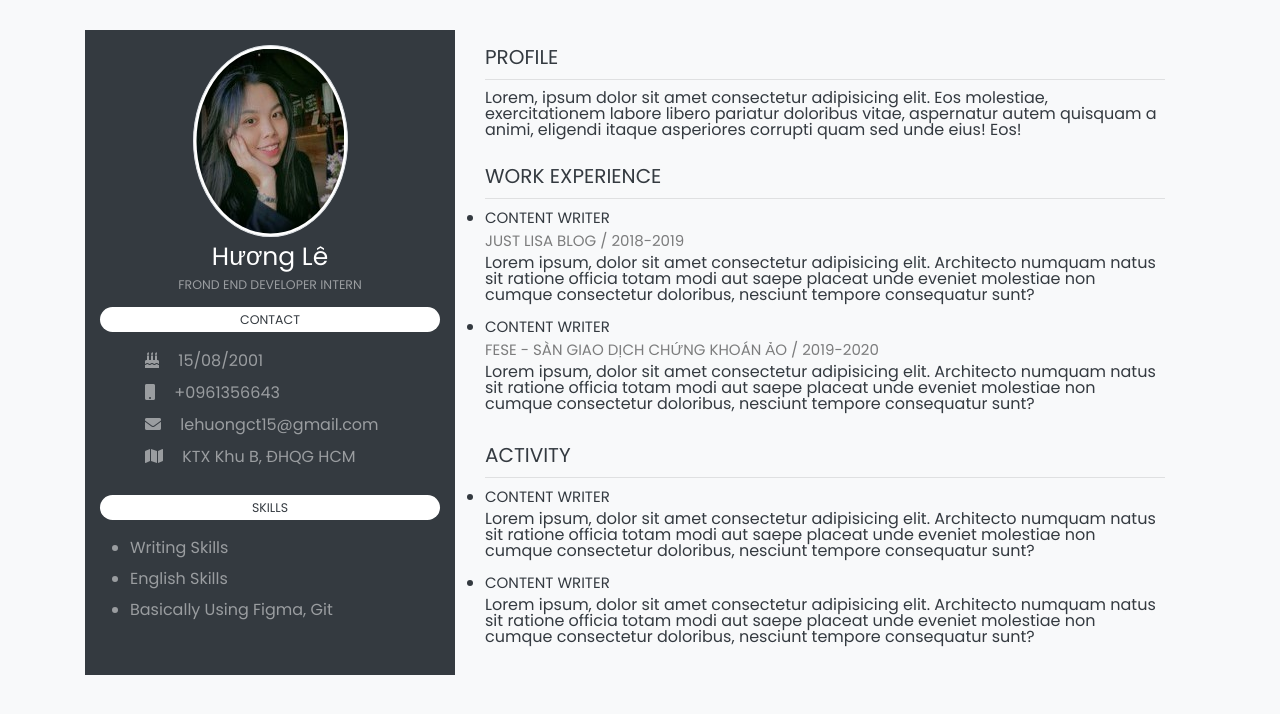
Repository: huongle158/cvhuongle
Page: index.html
These files come from the project's save history. The page is drawn as it stood at one moment and after the next save; the edit follows.
The browser window is 1280 px wide. The pictures show the whole page.
Some web libraries are served in a nearby version.

Above is the page before, as saved 2021-12-12 23:52:06.

### index.html
<!DOCTYPE html>
<html lang="en">
  <head>
    <title>Resume</title>
    <link
      href="https://fonts.googleapis.com/css2?family=Poppins:wght@400;600&display=swap"
      rel="stylesheet"
    />
    <link rel="stylesheet" href="https://cdnjs.cloudflare.com/ajax/libs/font-awesome/5.10.0/css/all.min.css" integrity="sha512-PgQMlq+nqFLV4ylk1gwUOgm6CtIIXkKwaIHp/PAIWHzig/lKZSEGKEysh0TCVbHJXCLN7WetD8TFecIky75ZfQ==" crossorigin="anonymous" referrerpolicy="no-referrer" />
    <!-- Required meta tags -->
    <meta charset="utf-8" />
    <meta
      name="viewport"
      content="width=device-width, initial-scale=1, shrink-to-fit=no"
    />

    <!-- Bootstrap CSS -->
    <link
      rel="stylesheet"
      href="https://stackpath.bootstrapcdn.com/bootstrap/4.3.1/css/bootstrap.min.css"
      integrity="sha384-ggOyR0iXCbMQv3Xipma34MD+dH/1fQ784/j6cY/iJTQUOhcWr7x9JvoRxT2MZw1T"
      crossorigin="anonymous"
    />
    <link rel="stylesheet" href="./assets/css/style.css" />
  </head>
  <body class="bg-light">
    <div class="container p-5">
      <div class="row">

        <div class="col-lg-4 bg-dark text-white text-center py-4">
          <div class="header-left">
            <img
              src="./assets/img/188108614_380364193279457_3096500343222530064_n (1).jpg"
              alt=""
              class="img-thumbnail rounded-circle mb-2"
            />
            <h1 class="display-5">Hương Lê</h1>
            <h4 class="lead text-uppercase text-white-50 mb-4">
              Frond End Developer Intern
            </h4>
          </div>

          <div>
              <h5 class="text-uppercase bg-white text-dark py-2 rounded-pill mb-4" >contact</h5>
              <ul class="list-unstyled text-white-50 ml-5 py-2 text-left">
                  <li class="list-item mb-4">
                      <i class="fas fa-birthday-cake mx-4"></i>
                     15/08/2001
                  </li>
                  <li class="list-item mb-4">
                      <i class="fa fa-mobile mx-4"></i>
                      +0961356643
                  </li>
                  <li class="list-item mb-4">
                      <i class="fa fa-envelope mx-4"></i>
                      lehuongct15@gmail.com
                  </li>
                  <li class="list-item mb-4">
                      <i class="fa fa-map mx-4"></i>
                      KTX Khu B, ĐHQG HCM
                  </li>
              </ul>
          </div>
          <div>
              <h5 class="text-uppercase bg-white text-dark py-2 rounded-pill mb-4" >skills</h5>
              <ul class="list text-white-50 ml-5 py-2 text-left text-capitalize">
                <li class="list-item mb-4">Writing skills</li>
                <li class="list-item mb-4">English skills</li>
                <li class="list-item mb-4">Basically using Figma, Git</li>
              </ul>
          </div>

        </div>

        <div class="col-lg-8 bg-light text-dark py-4 px-5">
            <div class="header-right">
                <h2 class="text-uppercase">profile</h2>
                <hr>
                <p>Lorem, ipsum dolor sit amet consectetur adipisicing elit. Eos molestiae, exercitationem labore libero pariatur doloribus vitae, aspernatur autem quisquam a animi, eligendi itaque asperiores corrupti quam sed unde eius! Eos!</p>

            </div>
            <br>
            <div>
                <h2 class="text-uppercase">Work Experience</h2>
                <hr>
                <ul class="list">
                <li class="list-item mb-4">
                    <h4 class="display-6 text-uppercase">Content Writer</h4>
                    <h4 class="text-uppercase text-black-50">Just Lisa blog  / 2018-2019</h4>
                    <p>Lorem ipsum, dolor sit amet consectetur adipisicing elit. Architecto numquam natus sit ratione officia totam modi aut saepe placeat unde eveniet molestiae non cumque consectetur doloribus, nesciunt tempore consequatur sunt?</p>
                </li>
                 <li class="list-item mb-4">
                    <h4 class="display-6 text-uppercase">Content Writer</h4>
                    <h4 class="text-uppercase text-black-50">FESE - Sàn Giao dịch Chứng khoán ảo  / 2019-2020</h4>
                    <p>Lorem ipsum, dolor sit amet consectetur adipisicing elit. Architecto numquam natus sit ratione officia totam modi aut saepe placeat unde eveniet molestiae non cumque consectetur doloribus, nesciunt tempore consequatur sunt?</p>
                </li>

              </ul>

            </div>
            <br>
             <div>
                <h2 class="text-uppercase">Activity</h2>
                <hr>
                <ul class="list">
                <li class="list-item mb-4">
                    <h4 class="display-6 text-uppercase">Content Writer</h4>
                    <p>Lorem ipsum, dolor sit amet consectetur adipisicing elit. Architecto numquam natus sit ratione officia totam modi aut saepe placeat unde eveniet molestiae non cumque consectetur doloribus, nesciunt tempore consequatur sunt?</p>
                </li>
                 <li class="list-item mb-4">
                    <h4 class="display-6 text-uppercase">Content Writer</h4>
                    <p>Lorem ipsum, dolor sit amet consectetur adipisicing elit. Architecto numquam natus sit ratione officia totam modi aut saepe placeat unde eveniet molestiae non cumque consectetur doloribus, nesciunt tempore consequatur sunt?</p>
                </li>

              </ul>

            </div>
        </div>
      </div>
    </div>

    <!-- Optional JavaScript -->
    <!-- jQuery first, then Popper.js, then Bootstrap JS -->
    <script
      src="https://code.jquery.com/jquery-3.3.1.slim.min.js"
      integrity="sha384-q8i/X+965DzO0rT7abK41JStQIAqVgRVzpbzo5smXKp4YfRvH+8abtTE1Pi6jizo"
      crossorigin="anonymous"
    ></script>
    <script
      src="https://cdnjs.cloudflare.com/ajax/libs/popper.js/1.14.7/umd/popper.min.js"
      integrity="sha384-UO2eT0CpHqdSJQ6hJty5KVphtPhzWj9WO1clHTMGa3JDZwrnQq4sF86dIHNDz0W1"
      crossorigin="anonymous"
    ></script>
    <script
      src="https://stackpath.bootstrapcdn.com/bootstrap/4.3.1/js/bootstrap.min.js"
      integrity="sha384-JjSmVgyd0p3pXB1rRibZUAYoIIy6OrQ6VrjIEaFf/nJGzIxFDsf4x0xIM+B07jRM"
      crossorigin="anonymous"
    ></script>
  </body>
</html>

### assets/css/style.css
html {
  box-sizing: border-box;
  font-family: 'Roboto', sans-serif;
}
* {
  margin: 0;
  padding: 0;
}
*,
*:before,
*:after {
  box-sizing: border-box;
}
input,
textarea,
select,
button {
  outline: none;
}
input {
  line-height: normal;
}
label,
button {
  cursor: pointer;
}
a {
  text-decoration: none;
}
img {
  display: block;
  max-width: 100%;
}
*,
*:before,
*:after {
  box-sizing: border-box;
}
/* using rem unit */
html {
  font-size: 62.5%;
}
a {
  text-decoration: none;
}
img {
  display: block;
  max-width: 100%;
}
body {
  font-family: "Poppins", sans-serif;
  font-size: 16px;
  line-height: 1;
}
/*  */
img.rounded-circle{
margin: 0 auto;
}

After the next save:
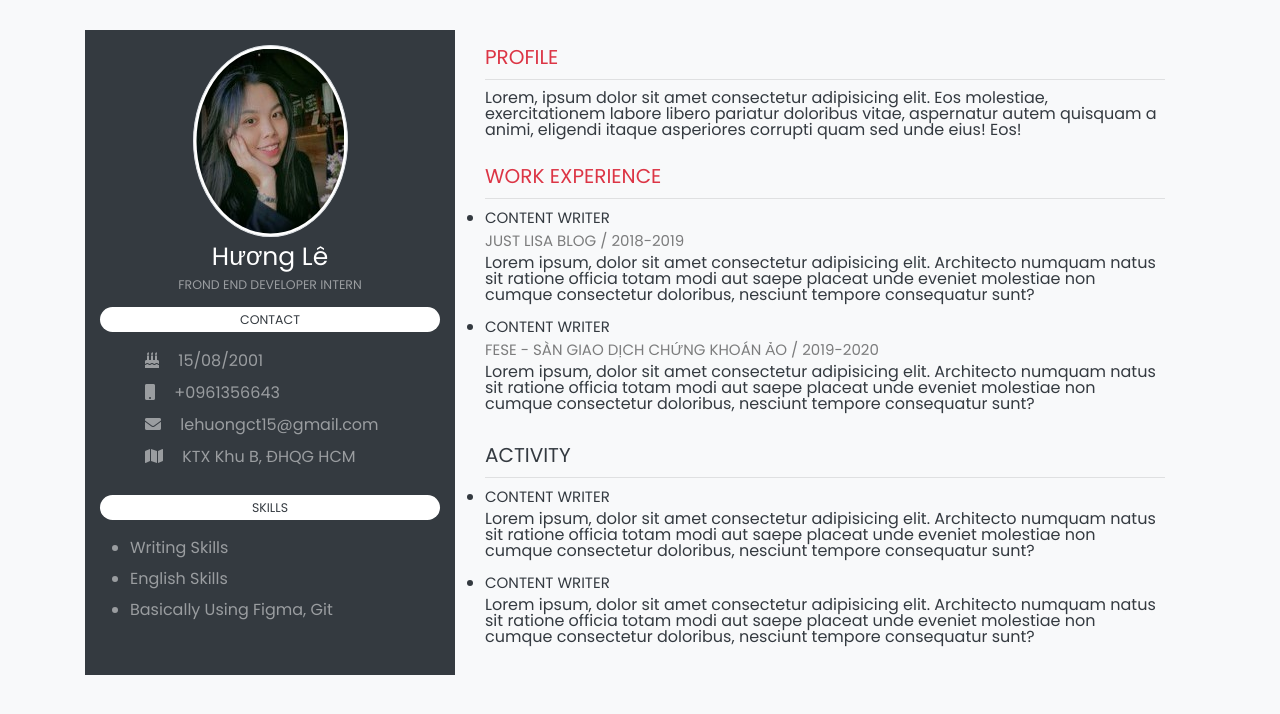
Saved 99 s later.
--- a/index.html
+++ b/index.html
@@ -74,14 +74,14 @@
 
         <div class="col-lg-8 bg-light text-dark py-4 px-5">
             <div class="header-right">
-                <h2 class="text-uppercase">profile</h2>
+                <h2 class="text-uppercase text-danger">profile</h2>
                 <hr>
                 <p>Lorem, ipsum dolor sit amet consectetur adipisicing elit. Eos molestiae, exercitationem labore libero pariatur doloribus vitae, aspernatur autem quisquam a animi, eligendi itaque asperiores corrupti quam sed unde eius! Eos!</p>
 
             </div>
             <br>
             <div>
-                <h2 class="text-uppercase">Work Experience</h2>
+                <h2 class="text-uppercase text-danger">Work Experience</h2>
                 <hr>
                 <ul class="list">
                 <li class="list-item mb-4">
